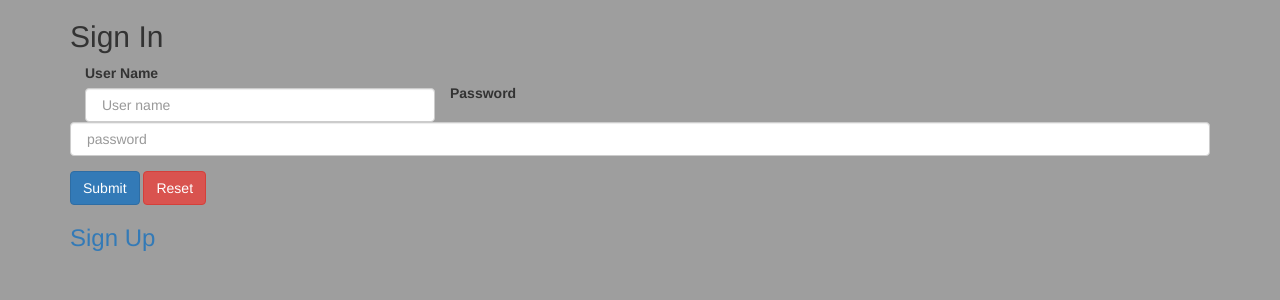
Repository: AravindMarshall/ShoppingCart
Page: http://localhost/Phineas/Login.jsp
An editor plug-in stored every save of this project. The page is shown before and after the next save, followed by the edit.
The browser window is 1280 px wide. The pictures show the whole page.
The page is served by Tomcat 9. Other server files are loaded and not shown.

Above is the page before, as saved 2016-06-13 11:21:14.

### NIIT Shopping Cart/Phineas/WebContent/Login.jsp
<%@ page language="java" contentType="text/html; charset=ISO-8859-1"
    pageEncoding="ISO-8859-1"%>
<html>
<head>
<meta http-equiv="Content-Type" content="text/html; charset=ISO-8859-1">
<meta name="viewport" content="width=device-width, initial-scale=1">
  <link rel="stylesheet" href="http://maxcdn.bootstrapcdn.com/bootstrap/3.3.6/css/bootstrap.min.css">
  <script src="https://ajax.googleapis.com/ajax/libs/jquery/1.12.2/jquery.min.js"></script>
  <script src="http://maxcdn.bootstrapcdn.com/bootstrap/3.3.6/js/bootstrap.min.js"></script>

<title>Phineas Login</title>
</head>
<body>

<form action="LoginServlet" method ="post">


<div class="container">
  <body background="F:\Sample Car pictures\Car1.jpg">
      </div>

<div class= "Login">
<div class="container">
  <h2>Sign In </h2>
  <form role="form">
  <div class="form-group">
  <div class ="col-sm-4">
  <label for ="Name">User Name </label>
	<input type = "text" class="form-control" name = "userId" placeholder=" User name "></div>
	<div class="form-group"><br>
	<label for ="Pass">Password</label>
	<input type = "password" class="form-control" name = "password" placeholder=" password "></div></div>
<button type="submit" class="btn btn-primary">Submit</button>
<button type="Reset" class="btn btn-danger">Reset</button><br>
<a href = "Register.jsp"><h3>Sign Up</h3></a>
</form>
</div>
</div>
</form>

</body>
</html>

After the next save:
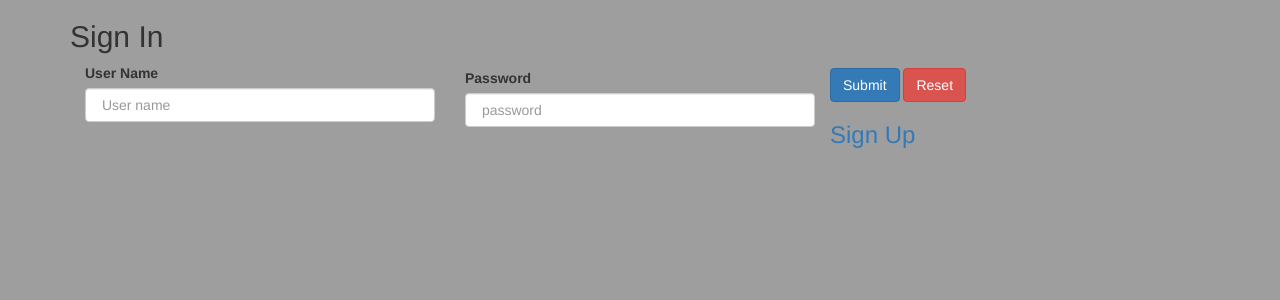
Saved 59 s later.
--- a/NIIT Shopping Cart/Phineas/WebContent/Login.jsp
+++ b/NIIT Shopping Cart/Phineas/WebContent/Login.jsp
@@ -26,8 +26,9 @@
   <div class="form-group">
   <div class ="col-sm-4">
   <label for ="Name">User Name </label>
-	<input type = "text" class="form-control" name = "userId" placeholder=" User name "></div>
-	<div class="form-group"><br>
+	<input type = "text" class="form-control" name = "userId" placeholder=" User name "></div></div>
+	<div class="form-group">
+	<div class ="col-sm-4">
 	<label for ="Pass">Password</label>
 	<input type = "password" class="form-control" name = "password" placeholder=" password "></div></div>
 <button type="submit" class="btn btn-primary">Submit</button>
